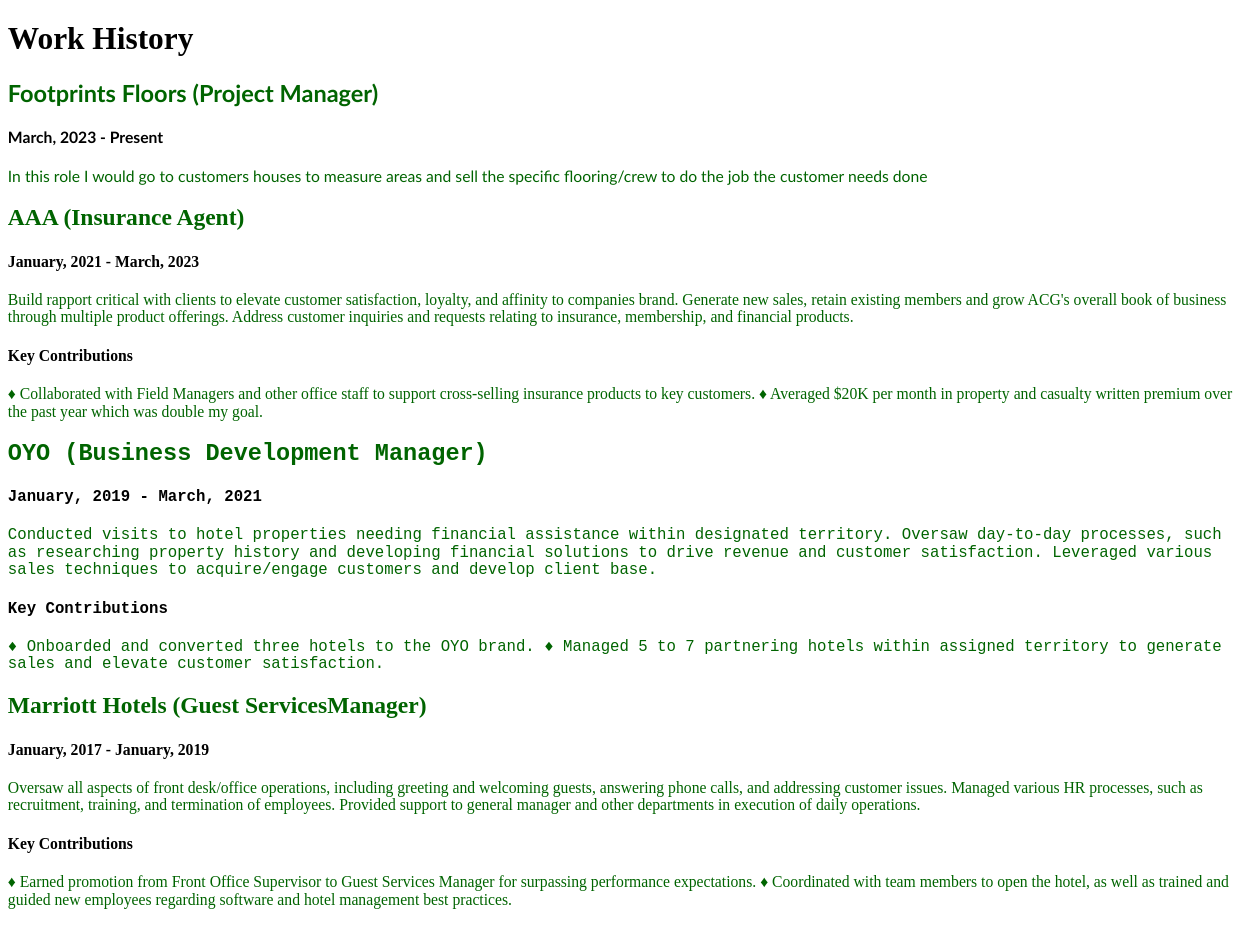
Repository: TEazy2433/LAB-HTML-Resume
Page: index.html
These files come from the project's save history. The page is drawn as it stood at one moment and after the next save; the edit follows.
The browser window is 1280 px wide. The pictures show the whole page, at 98% of full size.

Above is the page before, as saved 2023-10-11 20:16:22.

After the next save:
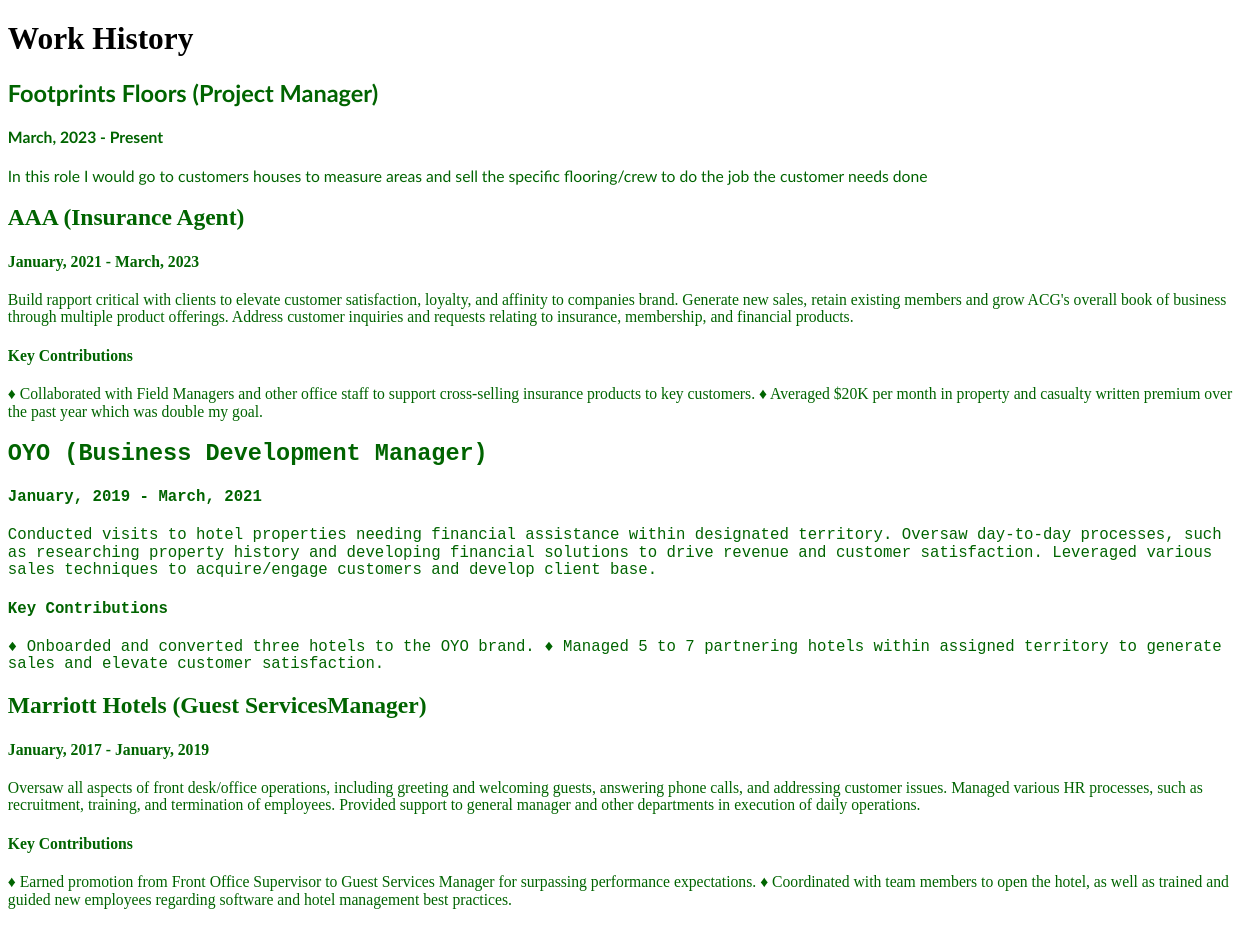
Saved 49 s later.
--- a/main.css
+++ b/main.css
@@ -4,6 +4,14 @@
 
 p{
   color:darkgreen
+}
+
+h4{
+  color:darkgreen
+}
+
+h5{
+  color: darkgreen;
 }
 
 #articleOne{
